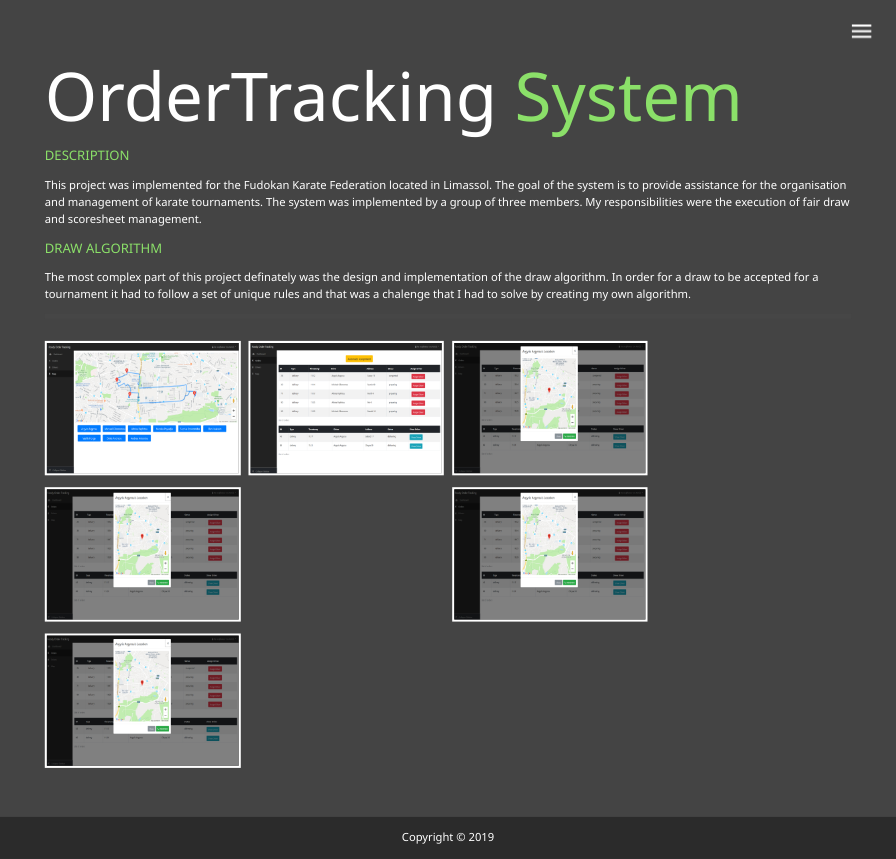
Repository: Preap/portfolio
Page: dist/projects/ordertracking.html
An editor plug-in stored every save of this project. The page is shown before and after the next save, followed by the edit.
The browser window is 1280 px wide. The pictures show the part of the page from y = 0 to 1920 px (the page is 1227 px tall before and 5327 px after), at 70% of full size.
Some web libraries are served in a nearby version.

Above is the page before, as saved 2019-06-06 01:36:31.

### dist/projects/ordertracking.html
<!DOCTYPE html>
<html lang="en">
  <head>
    <meta charset="UTF-8" />
    <meta name="viewport" content="width=device-width, initial-scale=1.0" />
    <meta http-equiv="X-UA-Compatible" content="ie=edge" />
    <link
      rel="stylesheet"
      href="https://use.fontawesome.com/releases/v5.6.1/css/all.css"
      integrity="sha384-gfdkjb5BdAXd+lj+gudLWI+BXq4IuLW5IT+brZEZsLFm++aCMlF1V92rMkPaX4PP"
      crossorigin="anonymous"
    />
    <link rel="stylesheet" href="../css/main.css" />
    <title>My Ordertracking Project</title>
  </head>
  <body>
    <header>
      <div class="menu-btn">
        <div class="btn-line"></div>
        <div class="btn-line"></div>
        <div class="btn-line"></div>
      </div>

      <nav class="menu">
        <div class="menu-branding"><div class="portrait"></div></div>

        <ul class="menu-nav">
          <li class="nav-item">
            <a href="../index.html" class="nav-link"> Home </a>
          </li>
          <li class="nav-item">
            <a href="../about.html" class="nav-link"> My Experience </a>
          </li>
          <li class="nav-item">
            <a href="../work.html" class="nav-link current"> My Projects </a>
          </li>
          <li class="nav-item">
            <a href="../contact.html" class="nav-link"> Contact Me </a>
          </li>
        </ul>
      </nav>
    </header>

    <main id="work">
      <h1 class="lg-heading">
        OrderTracking <span class="text-secondary">System</span>
      </h1>

      <div class="project-description">
        <h3 class="text-secondary">DESCRIPTION</h3>
        <p>
          This project was implemented for the Fudokan Karate Federation located in Limassol.
          The goal of the system is to provide assistance for the organisation and management of karate tournaments.
          The system was implemented by a group of three members. My responsibilities were the execution of fair draw
          and scoresheet management.
        </p>
        <h3 class="text-secondary">DRAW ALGORITHM</h3>
        <p>
          The most complex part of this project definately was the design and implementation of the draw algorithm.
          In order for a draw to be accepted for a tournament it had to follow a set of unique rules and that was a chalenge
          that I had to solve by creating my own algorithm.
        </p>
      </div>
      <h2 class="sm-heading"></h2>
      <div class="projects">
        <div class="item">
          <a href="#!">
            <img src="../img/projects/ordertracking/image1.jpg" alt="ordertracking_image" />
          </a>
        </div>
        <div class="item">
          <a href="#!">
            <img src="../img/projects/ordertracking/image2.jpg" alt="ordertracking_image" />
          </a>
        </div>
        <div class="item">
          <a href="#!">
            <img src="../img/projects/ordertracking/image3.jpg" alt="ordertracking_image" />
        </div>
        <div class="item">
                <a href="#!">
                  <img src="../img/projects/ordertracking/image3.jpg" alt="ordertracking_image" />
        </div>
        <div class="item">
                <a href="#!">
                  <img src="../img/projects/ordertracking/image3.jpg" alt="ordertracking_image" />
        </div>
        <div class="item">
                <a href="#!">
                  <img src="../img/projects/ordertracking/image3.jpg" alt="ordertracking_image" />
        </div>
      <br>

    </main>

    <footer id="main-footer">
      Copyright &copy; 2019
    </footer>

    <script src="../js/main.js"></script>
  </body>
</html>

### dist/css/main.css
.menu-btn {
  position: absolute;
  top: 35px;
  right: 35px;
  z-index: 3;
  cursor: pointer;
  transition: all 0.5s ease-out;
}
.menu-btn .btn-line {
  width: 28px;
  height: 3px;
  margin: 0 0 5px 0;
  background: #fff;
  transition: all 0.5s ease-out;
}
.menu-btn.close {
  transform: rotate(180deg);
}
.menu-btn.close .btn-line:nth-child(1) {
  transform: rotate(45deg) translate(5px, 5px);
}
.menu-btn.close .btn-line:nth-child(2) {
  opacity: 0;
}
.menu-btn.close .btn-line:nth-child(3) {
  transform: rotate(-45deg) translate(6px, -6px);
}

.menu {
  position: fixed;
  top: 0;
  width: 100%;
  opacity: 0.98;
  visibility: hidden;
}
.menu.show {
  visibility: visible;
}
.menu-branding,
.menu-nav {
  display: flex;
  flex-flow: column wrap;
  align-items: center;
  justify-content: center;
  float: left;
  width: 50%;
  height: 100vh;
  overflow: hidden;
}
.menu-nav {
  margin: 0;
  padding: 0;
  background: #373737;
  list-style: none;
  transform: translate3d(100%, -100%, 0);
  transition: all 0.5s ease-out;
}
.menu-nav.show {
  transform: translate3d(0, 0, 0);
}
.menu-branding {
  background: #444;
  transform: translate3d(-100%, 100%, 0);
  transition: all 0.5s ease-out;
}
.menu-branding.show {
  transform: translate3d(0, 0, 0);
}
.menu-branding .portrait {
  width: 250px;
  height: 250px;
  background: url(../img/port2BW.jpg);
  border-radius: 50%;
  border: solid 3px #8be069;
  opacity: 1;
}
.menu .nav-item {
  transform: translate3d(600px, 0, 0);
  transition: all 0.5s ease-out;
}
.menu .nav-item.show {
  transform: translate3d(0, 0, 0);
}
.menu .nav-link {
  display: inline-block;
  position: relative;
  font-size: 50px;
  text-transform: uppercase;
  padding: 1rem 0;
  font-weight: 300;
  color: #fff;
  text-decoration: none;
  transition: all 0.5s ease-out;
}
.menu .nav-link:hover {
  color: #8be069;
  transition: all 0.5s ease-out;
}
.menu .nav-link.current {
  color: #8be069;
}

.nav-item:nth-child(1) {
  transition-delay: 0.15s;
}

.nav-item:nth-child(2) {
  transition-delay: 0.3s;
}

.nav-item:nth-child(3) {
  transition-delay: 0.45s;
}

.nav-item:nth-child(4) {
  transition-delay: 0.6s;
}

* {
  box-sizing: border-box;
}

body {
  background: #444;
  color: #fff;
  height: 100%;
  margin: 0;
  font-family: "Segoe UI", Tahoma, Geneva, Verdana, sans-serif;
  line-height: 1.5;
}
body#bg-img {
  background: url(../img/keyboard.jpg);
  background-attachment: fixed;
  background-size: cover;
}
body#bg-img::after {
  content: "";
  position: absolute;
  top: 0;
  right: 0;
  width: 100%;
  height: 100%;
  z-index: -1;
  background: rgba(68, 68, 68, 0.9);
}

h1,
h2,
h3 {
  margin: 0;
  font-weight: 400;
}
h1.lg-heading,
h2.lg-heading,
h3.lg-heading {
  font-size: 6rem;
}
h1.sm-heading,
h2.sm-heading,
h3.sm-heading {
  margin-bottom: 2rem;
  padding: 0.2rem 1rem;
  background: rgba(73, 73, 73, 0.5);
}

a {
  color: #fff;
  text-decoration-line: none;
}

header {
  position: fixed;
  z-index: 2;
  width: 100%;
}

.text-secondary {
  color: #8be069;
}

main {
  padding: 4rem;
  min-height: calc(100vh - 60px);
}
main .icons {
  margin-top: 1rem;
}
main .icons a {
  padding: 0.4rem;
}
main .icons a:hover {
  color: #8be069;
  transition: all 0.5s ease-out;
}
main#home {
  overflow: hidden;
}
main#home h1 {
  margin-top: 20vh;
}

.about-info {
  display: grid;
  grid-gap: 30px;
  grid-template-areas:
    "bioimage bio bio"
    "job1 job2 job3";
  grid-template-columns: repeat(3, 1fr);
}
.about-info .bio-image {
  grid-area: bioimage;
  margin: auto;
  border-radius: 50%;
  border: #8be069 3px solid;
}
.about-info .bio {
  grid-area: bio;
  font-size: 1.5rem;
}
.about-info .job-1 {
  grid-area: job1;
}
.about-info .job-2 {
  grid-area: job2;
}
.about-info .job-3 {
  grid-area: job3;
}
.about-info .job {
  background: #585858;
  padding: 0.5rem;
  border-bottom: #8be069 5px solid;
}

.projects {
  display: grid;
  grid-gap: 0.7rem;
  grid-template-columns: repeat(3, 1fr);
}
.projects img {
  width: 100%;
  border: 3px #fff solid;
}
.projects img:hover {
  opacity: 0.5;
  border-color: #8be069;
  transition: all 0.5s ease-out;
}

.boxes {
  display: flex;
  flex-wrap: wrap;
  justify-content: space-evenly;
  align-items: center;
  margin-top: 1rem;
}
.boxes div {
  font-size: 2rem;
  border: 3px #fff solid;
  padding: 1.5rem 2.5rem;
  margin-bottom: 3rem;
  transition: all 0.5s ease-out;
}
.boxes div:hover {
  padding: 0.5rem 1.5rem;
  background: #8be069;
  color: #000;
}
.boxes div:hover span {
  color: #000;
}

.btn,
.btn-dark,
.btn-light {
  display: block;
  padding: 0.5rem 1rem;
  border: 0;
  margin-bottom: 0.3rem;
}
.btn:hover,
.btn-dark:hover,
.btn-light:hover {
  background: #8be069;
  color: #000;
  transition: all 0.5s ease-out;
}

.btn-dark {
  background: black;
  color: #fff;
}

.btn-light {
  background: #c4c4c4;
  color: #000;
}

#main-footer {
  text-align: center;
  padding: 1rem;
  background: #2b2b2b;
  color: #fff;
  height: 60px;
}

.bio {
  grid-area: bio;
  font-size: 1.5rem;
}

@media screen and (min-width: 1171px) {
  .projects {
    grid-template-columns: repeat(4, 1fr);
  }
}

@media screen and (min-width: 769) and (max-width: 1170px) {
  .projects {
    grid-template-columns: repeat(3, 1fr);
  }
}

@media screen and (max-width: 768px) {
  main {
    align-items: center;
    text-align: center;
  }
  main .lg-heading {
    line-height: 1;
    margin-bottom: 1rem;
  }
  ul.menu-nav,
  div.menu-branding {
    float: none;
    width: 100%;
    min-height: 0;
  }
  ul.menu-nav.show,
  div.menu-branding.show {
    transform: translate3d(0, 0, 0);
  }
  .menu-nav {
    height: 75vh;
    transform: translate3d(-100%, 0, 0);
    font-size: 24px;
  }
  .menu-branding {
    height: 25vh;
    transform: translate3d(100%, 0, 0);
  }
  .menu-branding .portrait {
    background: url(../img/portSmallBW.jpg);
    width: 150px;
    height: 150px;
  }
  .about-info {
    grid-template-areas:
      "bioimage"
      "bio"
      "job1"
      "job2"
      "job3";
    grid-template-columns: 1fr;
  }
  .projects {
    grid-template-columns: repeat(2, 1fr);
  }
}

@media screen and (max-width: 500px) {
  main#home h1 {
    margin-top: 10vh;
  }
  .projects {
    grid-template-columns: 1fr;
  }
}

### dist/js/main.js
// Select DOM Items
const menuBtn = document.querySelector(".menu-btn");
const menu = document.querySelector(".menu");
const menuNav = document.querySelector(".menu-nav");
const menuBranding = document.querySelector(".menu-branding");
const navItems = document.querySelectorAll(".nav-item");

//Set initial state of menu

let showMenu = false;

menuBtn.addEventListener("click", toggleMenu);

function toggleMenu() {
  if (!showMenu) {
    menuBtn.classList.add("close");
    menu.classList.add("show");
    menuNav.classList.add("show");
    menuBranding.classList.add("show");
    navItems.forEach(item => item.classList.add("show"));

    //set menu state
    showMenu = true;
  } else {
    menuBtn.classList.remove("close");
    menu.classList.remove("show");
    menuNav.classList.remove("show");
    menuBranding.classList.remove("show");
    navItems.forEach(item => item.classList.remove("show"));

    //set menu state
    showMenu = false;
  }
}

After the next save:
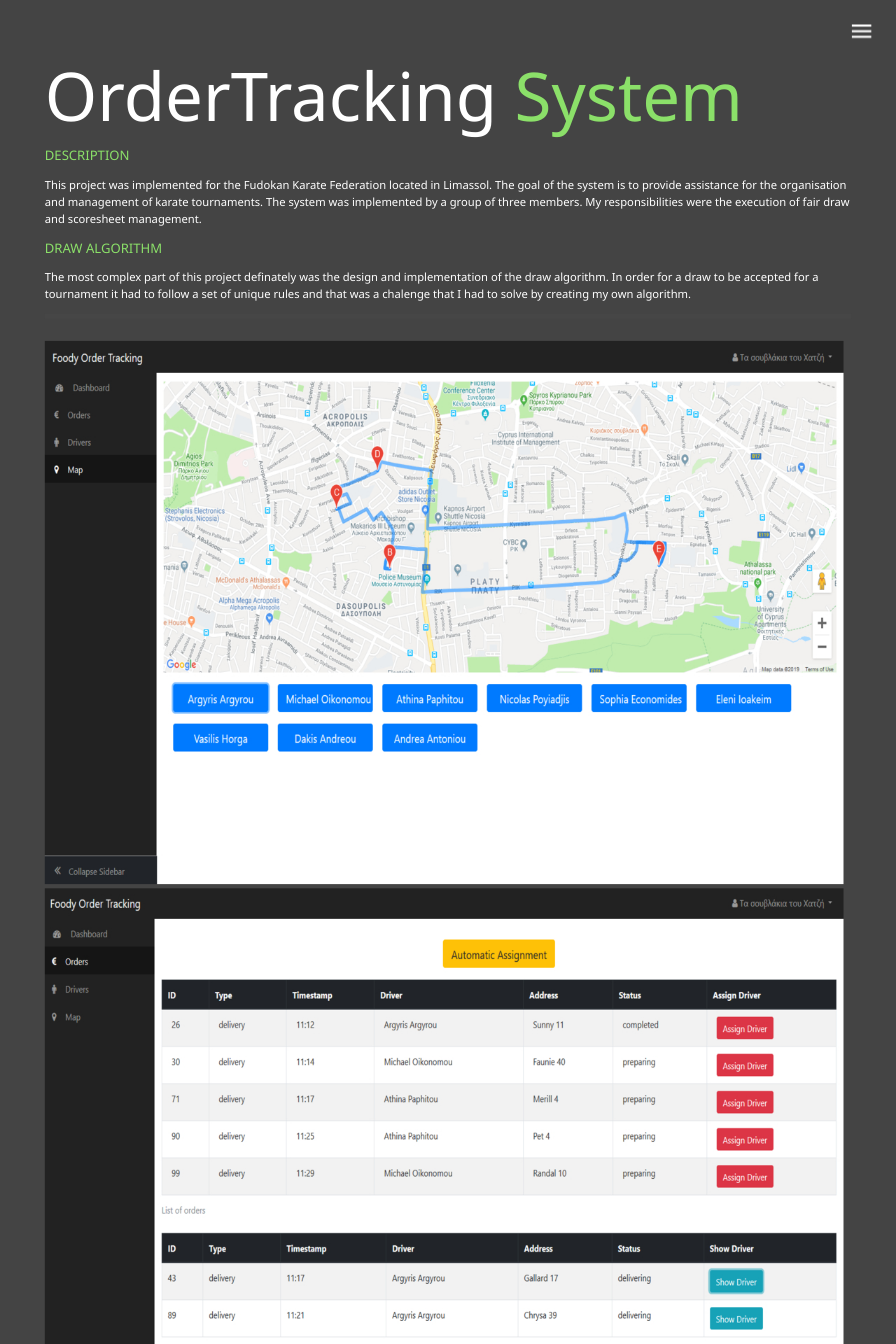
Saved 65 s later.
--- a/dist/projects/ordertracking.html
+++ b/dist/projects/ordertracking.html
@@ -62,7 +62,7 @@
         </p>
       </div>
       <h2 class="sm-heading"></h2>
-      <div class="projects">
+      <div class="tumbnails">
         <div class="item">
           <a href="#!">
             <img src="../img/projects/ordertracking/image1.jpg" alt="ordertracking_image" />

After the save that followed:
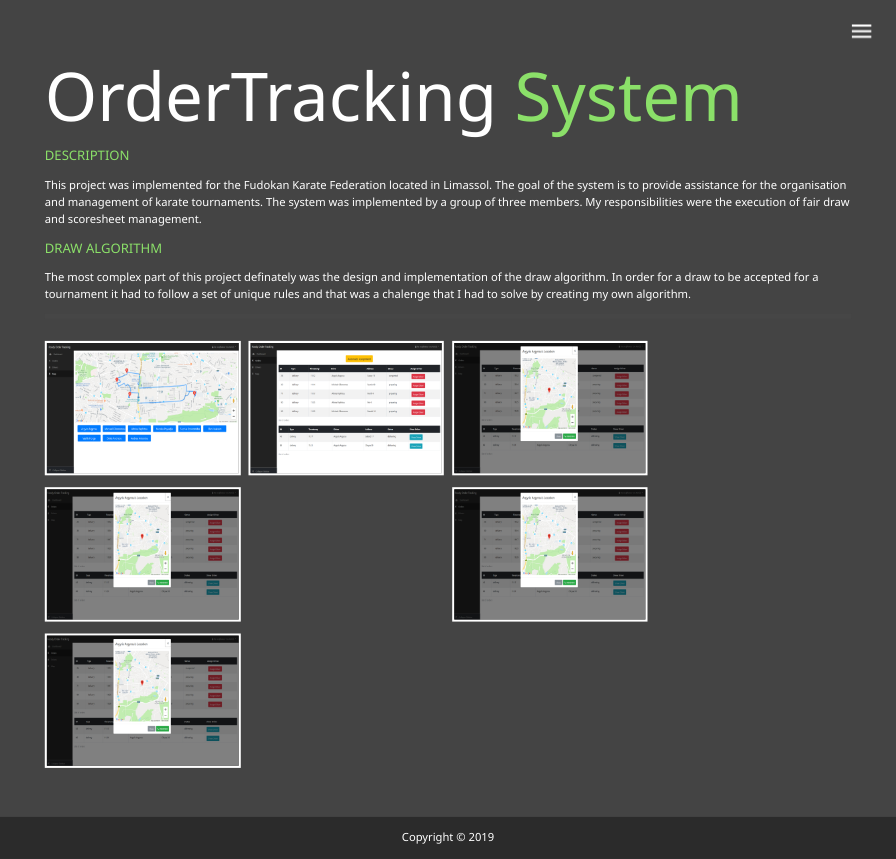
Saved 3 min 33 s later.
--- a/dist/projects/ordertracking.html
+++ b/dist/projects/ordertracking.html
@@ -62,7 +62,7 @@
         </p>
       </div>
       <h2 class="sm-heading"></h2>
-      <div class="tumbnails">
+      <div class="projects">
         <div class="item">
           <a href="#!">
             <img src="../img/projects/ordertracking/image1.jpg" alt="ordertracking_image" />
